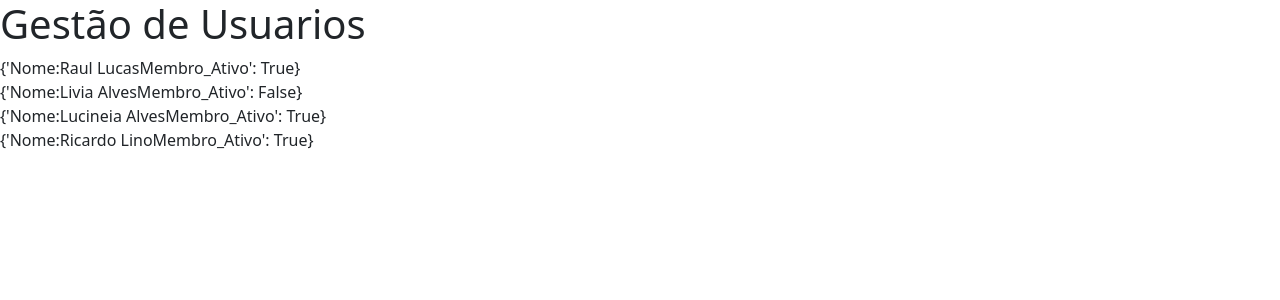
Repository: raullino230/Gest-o-de-Usu-rios
Page: http://localhost/
The author's editor kept a copy of each file at every save. The page is drawn from the files as they stood at one save, then again after a run of saves.
The browser window is 1280 px wide. The pictures show the whole page.
The page is served by the project's application, run on Flask 3 (main.py).

Above is the page before, as saved 2025-09-14 21:02:02.

### templates/index.html
<!doctype html>
<html lang="en">
  <head>
    <meta charset="utf-8">
    <meta name="viewport" content="width=device-width, initial-scale=1">
    <title>Bootstrap demo</title>
    <link href="https://cdn.jsdelivr.net/npm/bootstrap@5.3.8/dist/css/bootstrap.min.css" rel="stylesheet" integrity="sha384-sRIl4kxILFvY47J16cr9ZwB07vP4J8+LH7qKQnuqkuIAvNWLzeN8tE5YBujZqJLB" crossorigin="anonymous">
  </head>
  <body>
    <h1>{{ titulo }}</h1>

    {% for usuario in usuarios %}
       <div> {{ usuario }} </div>
    {% endfor %}

    <script src="https://cdn.jsdelivr.net/npm/bootstrap@5.3.8/dist/js/bootstrap.bundle.min.js" integrity="sha384-FKyoEForCGlyvwx9Hj09JcYn3nv7wiPVlz7YYwJrWVcXK/BmnVDxM+D2scQbITxI" crossorigin="anonymous"></script>
  </body>
</html>

### main.py
from flask import Flask, url_for, render_template

#inicialização
app = Flask(__name__)

#rotas
@app.route("/")
def ola_mundo():
    titulo = "Gestão de Usuarios"
    usuarios = [
        {"Nome:" "Raul Lucas" "Membro_Ativo": True},
        {"Nome:" "Livia Alves"  "Membro_Ativo": False},
        {"Nome:" "Lucineia Alves"  "Membro_Ativo": True},
        {"Nome:" "Ricardo Lino"  "Membro_Ativo": True},
    ]

    return render_template('index.html', titulo=titulo, usuarios=usuarios)

@app.route("/sobre")
def pagina_sobre():
    return """"
     <a href=https://www.youtube.com/watch?v=fkXlSyWiXVg&list=PLC85vCGMW9rRm4HzhLGUSxdYfy5Mys-Xx&index=31>video legal</a>


"""

#Execução
app.run(debug=True)

After the next 7 saves:
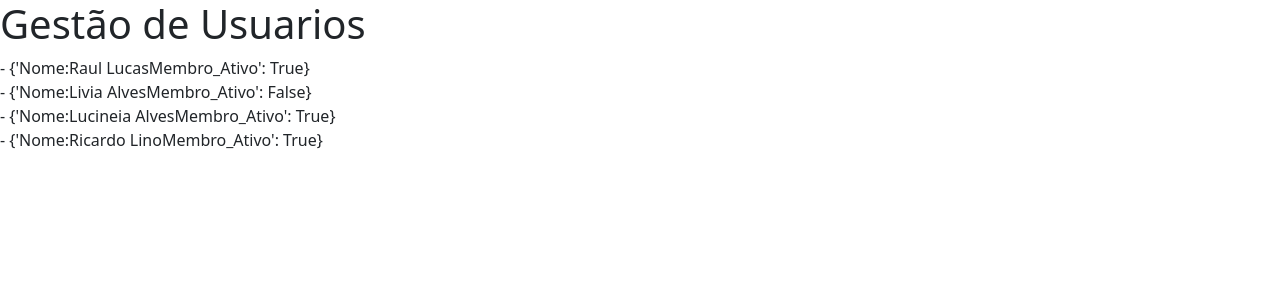
The 7 saves are shown as one change because 1 did not build or start and some came seconds apart.
The last was saved 2 min 17 s later.
--- a/templates/index.html
+++ b/templates/index.html
@@ -10,7 +10,7 @@
     <h1>{{ titulo }}</h1>
 
     {% for usuario in usuarios %}
-       <div> {{ usuario }} </div>
+       <div> {{ usuario.nome }} - {{ usuario }} </div>
     {% endfor %}
 
     <script src="https://cdn.jsdelivr.net/npm/bootstrap@5.3.8/dist/js/bootstrap.bundle.min.js" integrity="sha384-FKyoEForCGlyvwx9Hj09JcYn3nv7wiPVlz7YYwJrWVcXK/BmnVDxM+D2scQbITxI" crossorigin="anonymous"></script>
